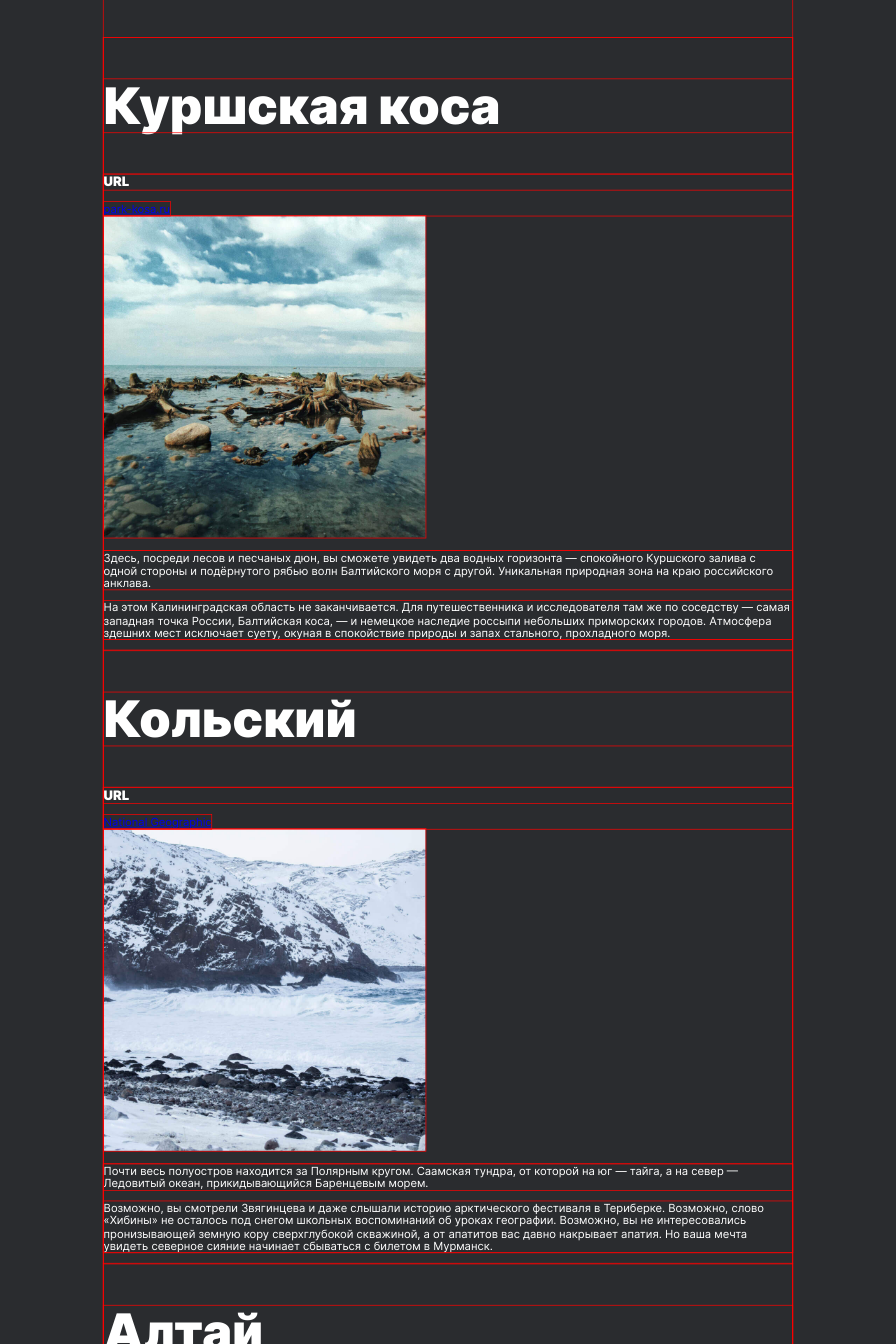
Repository: 89373611988/russia-travel
Page: index.html
An editor plug-in stored every save of this project. The page is shown before and after the next save, followed by the edit.
The browser window is 1280 px wide. The pictures show the part of the page from y = 2793 to 4713 px (the page is 8139 px tall before and 8058 px after), at 70% of full size.

Above is the page before, as saved 2021-12-22 20:46:52.

After the next save:
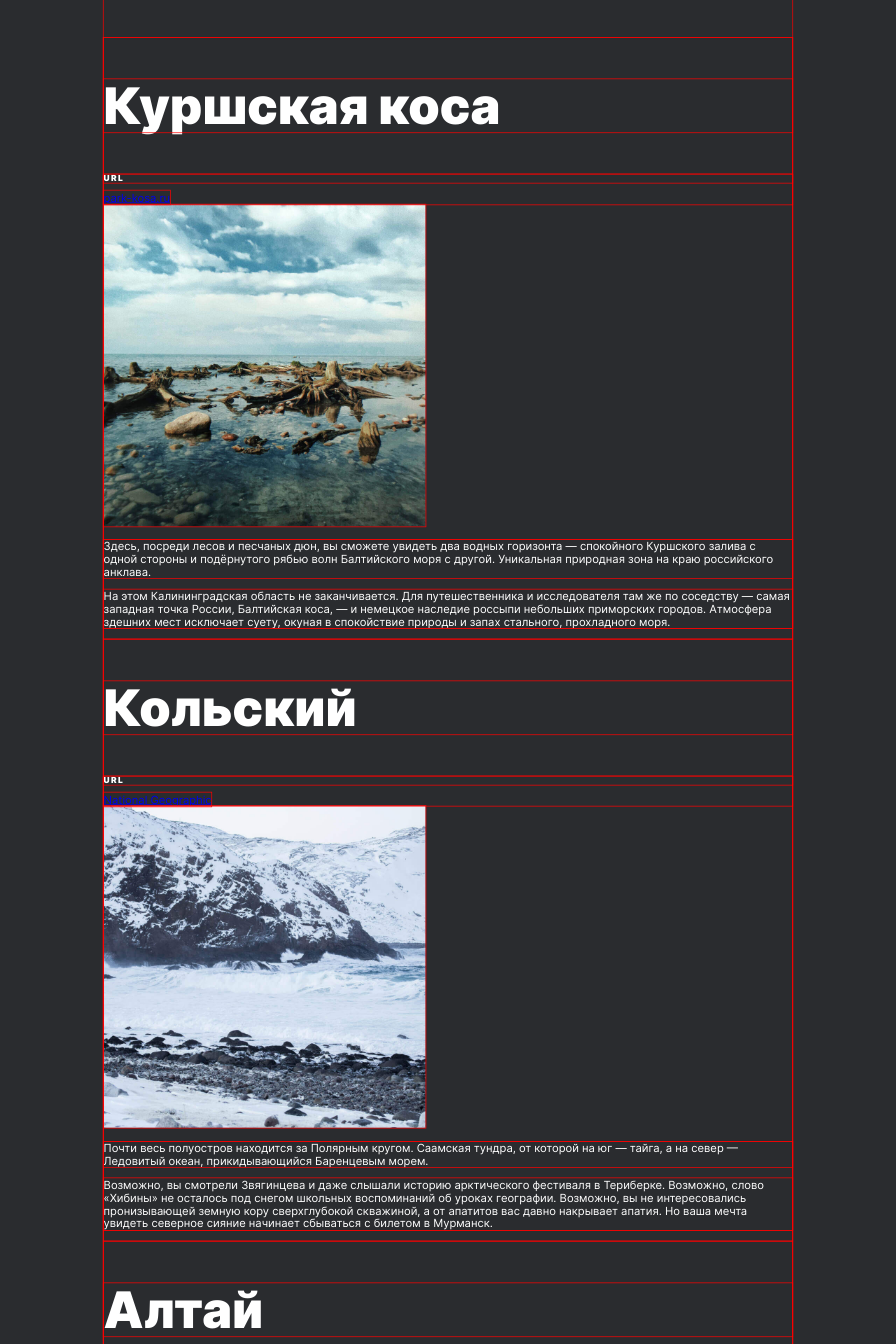
Saved 42 s later.
--- a/blocks/place/__url-heading/place__url-heading.css
+++ b/blocks/place/__url-heading/place__url-heading.css
@@ -1,3 +1,7 @@
 .place__url-heading {
+  font-size: 12px;
+  line-height: 12px;
+  /* identical to box height, or 100% */
 
+  letter-spacing: 2px;
 }
